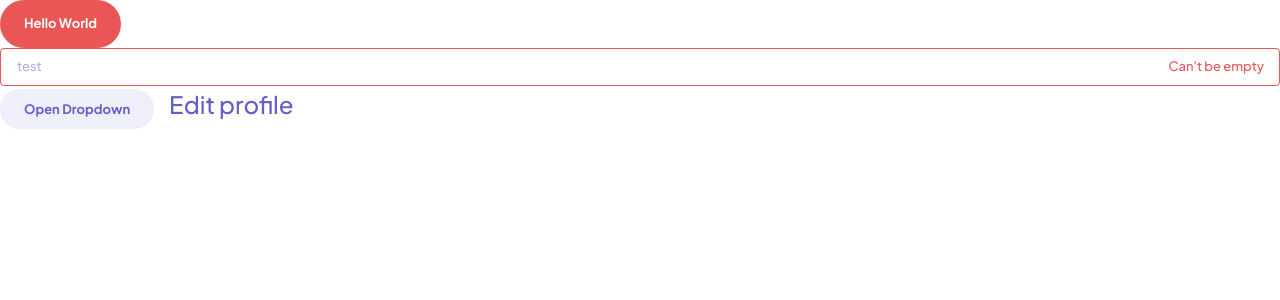
Repository: Baraajad231/Kanban-Board
Page: /
These files come from the project's save history. The page is drawn as it stood at one moment and after the next save; the edit follows.
The browser window is 1280 px wide. The pictures show the whole page.
The project was rebuilt for these pictures with package versions that can differ from the ones it lists, and the page was loaded fresh each time. Also part of the build but not shown: vite.config.js.

Above is the page before, as saved 2026-03-24 16:46:29.

After the next save:
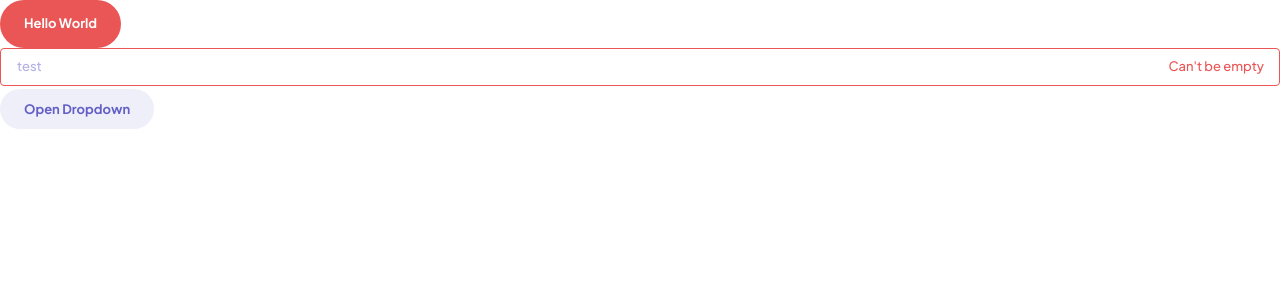
Saved 92 s later.
--- a/src/components/dialogPrimitive.jsx
+++ b/src/components/dialogPrimitive.jsx
@@ -2,11 +2,7 @@
 
 const DialogPrimitive = () => (
   <Dialog.Root>
-    <Dialog.Trigger asChild>
-      <button className="bg-violet4 text-violet11 hover:bg-mauve3 focus-visible:outline-violet6 inline-flex h-8.75 items-center justify-center rounded px-3.75 leading-none font-medium outline-offset-1 outline-none select-none focus-visible:outline-2">
-        Edit profile
-      </button>
-    </Dialog.Trigger>
+    <Dialog.Trigger asChild></Dialog.Trigger>
     <Dialog.Portal>
       <Dialog.Overlay className="bg-blackA6 data-[state=open]:animate-overlayShow fixed inset-0" />
       <Dialog.Content className="bg-gray1 data-[state=open]:animate-contentShow fixed top-1/2 left-1/2 max-h-[85vh] w-[90vw] max-w-125 -translate-x-1/2 -translate-y-1/2 rounded-md p-6.25 shadow-(--shadow-6) focus:outline-none">
